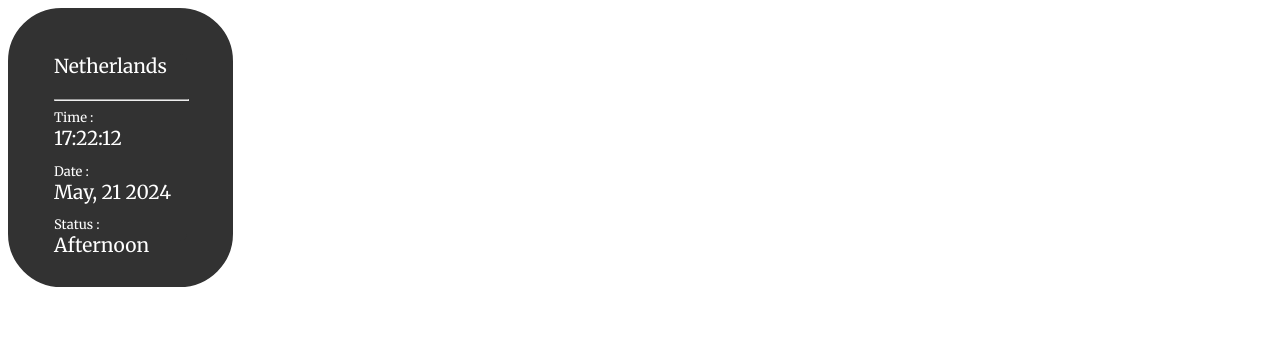
Repository: SnakeXrnt/notion-clock
Page: netherlands.html
An editor plug-in stored every save of this project. The page is shown before and after the next save, followed by the edit.
The browser window is 1280 px wide. The pictures show the whole page.

Above is the page before, as saved 2024-05-21 16:57:03.

After the next save:
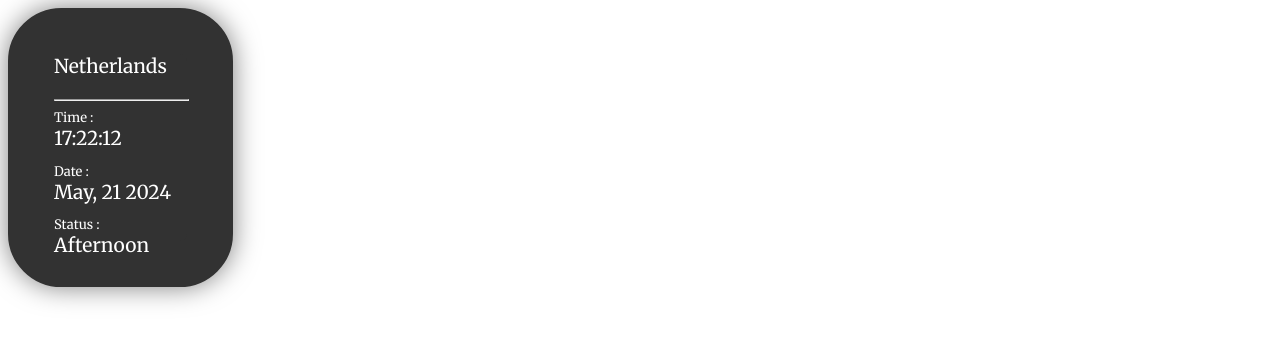
Saved 58 s later.
--- a/netherlands.html
+++ b/netherlands.html
@@ -32,8 +32,9 @@
             border: 35pt solid rgb(50, 50, 50);
             background-color: rgb(50, 50, 50);
             border-radius: 40pt;
+            box-shadow: 0 0 20pt rgba(0, 0, 0, 0.5); /* Adding shadow */
+        }
 
-        }
     </style>
     <script>
         function updateTime() {
